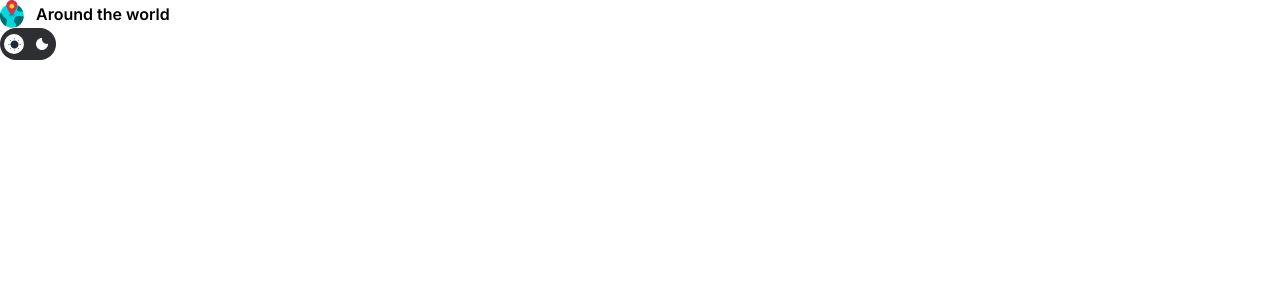
Repository: Baraajad231/Around-the-world
Page: /
The author's editor kept a copy of each file at every save. The page is drawn from the files as they stood at one save, then again after the next save.
The browser window is 1280 px wide. The pictures show the whole page.
The project was rebuilt for these pictures with package versions that can differ from the ones it lists, and the page was loaded fresh each time. Also part of the build but not shown: vite.config.js.

Above is the page before, as saved 2026-03-12 14:14:40.

### index.html
<!doctype html>
<html lang="en">
  <head>
    <meta charset="UTF-8" />
    <link rel="icon" type="image/svg+xml" href="/vite.svg" />
    <meta name="viewport" content="width=device-width, initial-scale=1.0" />
    <link rel="preconnect" href="https://fonts.googleapis.com" />
    <link rel="preconnect" href="https://fonts.gstatic.com" crossorigin />
    <link
      href="https://fonts.googleapis.com/css2?family=Inter:ital,opsz,wght@0,14..32,100..900;1,14..32,100..900&display=swap"
      rel="stylesheet"
    />
    <title>Around the world</title>
  </head>
  <body>
    <div id="root" class=""></div>
    <script type="module" src="/src/main.jsx"></script>
  </body>
</html>

### src/index.css
@import "tailwindcss";

@custom-variant dark (&:where(.dark, .dark *));
@theme {
  --font-inter: "Inter", sans-serif;
}

### src/App.jsx
import Logo from "./components/Logo";
import ThemeSwitcher from "./components/ThemeSwithcer";

function App() {
  return (
    <div className="font-inter ">
      <Logo />
      <ThemeSwitcher />
    </div>
  );
}

export default App;

### src/components/Logo.jsx
const Logo = () => {
  return (
    <a className="flex gap-3 items-center font-semibold">
      <svg
        width="24"
        height="28"
        viewBox="0 0 24 28"
        fill="none"
        xmlns="http://www.w3.org/2000/svg"
      >
        <path
          d="M11.8724 3.64359C5.32589 3.64359 0 9.05838 0 15.7139C0 22.3695 5.32589 27.7843 11.8724 27.7843C18.4188 27.7843 23.7447 22.3696 23.7447 15.714C23.7447 9.05843 18.4188 3.64359 11.8724 3.64359Z"
          fill="#00D8E0"
        />
        <path
          d="M18.6956 11.4156L23.0945 11.7737C22.2043 9.1606 20.4547 6.95229 18.1908 5.49962L17.1979 9.38045C17.0785 9.84697 17.2006 10.3422 17.523 10.6999L17.7438 10.9449C17.9895 11.2175 18.3299 11.3858 18.6956 11.4156Z"
          fill="#006C71"
        />
        <path
          d="M3.49248 16.5128L0.519532 12.1802C0.182134 13.2984 0 14.4849 0 15.714C0 20.1518 2.36819 24.0372 5.88675 26.1343L6.84932 21.5864C7.18578 19.9967 6.37819 18.3855 4.9031 17.7038C4.33433 17.441 3.84701 17.0295 3.49248 16.5128Z"
          fill="#006C71"
        />
        <path
          d="M18.7641 16.1182L15.9829 16.856C15.4629 16.994 15.0416 17.3748 14.8521 17.8783L14.0741 19.9452C13.9518 20.2703 13.9342 20.6255 14.0239 20.9612L14.4029 22.3794C14.5712 23.0091 15.0915 23.4826 15.7342 23.5909C16.6208 23.7402 16.1844 24.9491 16.0626 25.8398L15.3642 27.2365C16.761 26.8874 21.9988 24.7922 23.3955 18.5069C23.4779 18.136 23.7699 16.7322 23.7447 16.4117L19.5219 16.0959C19.271 16.0449 19.0116 16.0525 18.7641 16.1182Z"
          fill="#006C71"
        />
        <path
          d="M13.3629 16.2519H10.372C9.63796 16.2519 9.04288 15.6567 9.04288 14.9228C9.04288 14.1888 9.63802 13.5936 10.372 13.5936H13.3629C14.097 13.5936 14.692 14.1888 14.692 14.9228C14.692 15.6567 14.097 16.2519 13.3629 16.2519Z"
          fill="#555559"
          fillOpacity="0.4"
        />
        <path
          d="M15.782 1.59269C14.7324 0.565382 13.3359 0 11.8486 0C11.8452 0 11.8416 0 11.8382 0H11.8381C8.75905 0.00555611 6.25842 2.515 6.26385 5.59417C6.26602 6.848 7.05033 8.6865 8.66128 11.2145C9.78227 12.9736 10.886 14.4059 10.9325 14.466C11.1551 14.7542 11.4986 14.9228 11.8626 14.9228C11.8642 14.9228 11.8658 14.9228 11.8675 14.9228C12.2332 14.9213 12.5775 14.7496 12.7987 14.4583C12.8449 14.3975 13.9428 12.9477 15.0571 11.171C16.6575 8.61893 17.4344 6.76958 17.4323 5.51735C17.4295 4.02524 16.8436 2.63136 15.782 1.59269Z"
          fill="#D83249"
        />
        <path
          d="M11.8492 8.49374C13.1791 8.49374 14.2573 7.41557 14.2573 6.08558C14.2573 4.75559 13.1791 3.67742 11.8492 3.67742C10.5192 3.67742 9.44099 4.75559 9.44099 6.08558C9.44099 7.41557 10.5192 8.49374 11.8492 8.49374Z"
          fill="#FAD52A"
        />
      </svg>
      Around the world
    </a>
  );
};
export default Logo;

### src/components/ThemeSwithcer.jsx
import { useState } from "react";

const activeCircleStyles =
  " w-5 h-5 rounded-4xl flex justify-center  items-center ";

const ThemeSwitcher = () => {
  const [theme, setTheme] = useState(localStorage.getItem("theme") || "light");

  const toggleTheme = (theme) => {
    if (theme === "light") {
      document.documentElement.classList.remove("dark");
      setTheme("light");
      localStorage.setItem("theme", "light");
    } else {
      document.documentElement.classList.add("dark");
      setTheme("dark");
      localStorage.setItem("theme", "dark");
    }
  };

  return (
    <div className="flex items-center justify-around w-14 h-8 rounded-full bg-[#2e2f33]  ">
      <button
        className={`${activeCircleStyles} ${theme === "light" ? "bg-white" : ""}`}
        onClick={() => {
          toggleTheme("light");
        }}
      >
        <svg
          className="fill-gray-800 dark:fill-gray-100"
          width="13"
          height="13"
          viewBox="0 0 13 13"
          fill="none"
          xmlns="http://www.w3.org/2000/svg"
        >
          <path d="M6.4994 10.5089C8.71367 10.5089 10.5087 8.71388 10.5087 6.49961C10.5087 4.28535 8.71367 2.49033 6.4994 2.49033C4.28513 2.49033 2.49011 4.28535 2.49011 6.49961C2.49011 8.71388 4.28513 10.5089 6.4994 10.5089Z" />
          <path d="M6.49931 0C6.38394 0 6.28955 0.0943926 6.28955 0.209761V1.38652C6.28955 1.50189 6.38394 1.59628 6.49931 1.59628C6.61468 1.59628 6.70907 1.50189 6.70907 1.38652V0.209761C6.70907 0.0943926 6.61468 0 6.49931 0Z" />
          <path d="M6.49931 11.4038C6.38394 11.4038 6.28955 11.4982 6.28955 11.6135V12.7903C6.28955 12.9057 6.38394 13.0001 6.49931 13.0001C6.61468 13.0001 6.70907 12.9057 6.70907 12.7903V11.6135C6.70907 11.4971 6.61468 11.4038 6.49931 11.4038Z" />
          <path d="M10.7985 1.90356L9.96675 2.73527C9.88494 2.81707 9.88494 2.95027 9.96675 3.03208C10.0077 3.07298 10.0611 3.09396 10.1146 3.09396C10.1681 3.09396 10.2216 3.07298 10.2625 3.03208L11.0942 2.20038C11.176 2.11857 11.176 1.98537 11.0942 1.90356C11.0124 1.82176 10.8803 1.82176 10.7985 1.90356Z" />
          <path d="M2.73522 9.96681L1.90352 10.7985C1.82171 10.8803 1.82171 11.0135 1.90352 11.0953C1.94442 11.1362 1.99791 11.1572 2.0514 11.1572C2.10489 11.1572 2.15838 11.1362 2.19928 11.0953L3.03099 10.2636C3.11279 10.1818 3.11279 10.0486 3.03099 9.96681C2.94918 9.885 2.81703 9.885 2.73522 9.96681Z" />
          <path d="M12.7891 6.28965H11.6123C11.497 6.28965 11.4026 6.38404 11.4026 6.49941C11.4026 6.61478 11.497 6.70917 11.6123 6.70917H12.7891C12.9045 6.70917 12.9989 6.61478 12.9989 6.49941C12.9989 6.38404 12.9055 6.28965 12.7891 6.28965Z" />
          <path d="M1.38652 6.28965H0.209761C0.0943926 6.28965 0 6.38404 0 6.49941C0 6.61478 0.0943926 6.70917 0.209761 6.70917H1.38652C1.50189 6.70917 1.59628 6.61478 1.59628 6.49941C1.59628 6.38404 1.50189 6.28965 1.38652 6.28965Z" />
          <path d="M10.2636 9.96681C10.1818 9.885 10.0486 9.885 9.96675 9.96681C9.88494 10.0486 9.88494 10.1818 9.96675 10.2636L10.7985 11.0953C10.8394 11.1362 10.8928 11.1572 10.9463 11.1572C10.9998 11.1572 11.0533 11.1362 11.0942 11.0953C11.176 11.0135 11.176 10.8803 11.0942 10.7985L10.2636 9.96681Z" />
          <path d="M2.20033 1.90356C2.11852 1.82176 1.98533 1.82176 1.90352 1.90356C1.82171 1.98537 1.82171 2.11857 1.90352 2.20038L2.73522 3.03208C2.77613 3.07298 2.82961 3.09396 2.8831 3.09396C2.93659 3.09396 2.99008 3.07298 3.03099 3.03208C3.11279 2.95027 3.11279 2.81707 3.03099 2.73527L2.20033 1.90356Z" />
        </svg>
      </button>
      <button
        className={`${activeCircleStyles} ${theme === "dark" ? "bg-white" : ""}`}
        onClick={() => {
          toggleTheme("dark");
        }}
      >
        <svg
          className="fill-white dark:fill-gray-900"
          width="12"
          height="12"
          viewBox="0 0 12 12"
          fill="none"
          xmlns="http://www.w3.org/2000/svg"
        >
          <path
            fillRule="evenodd"
            clipRule="evenodd"
            d="M12 6C12 5.90273 11.9057 5.8348 11.8115 5.85853C11.4452 5.95093 11.0617 6 10.6667 6C8.08933 6 6 3.91066 6 1.33333C6 0.938353 6.04907 0.554833 6.14147 0.188533C6.1652 0.0942333 6.09727 0 6 0C2.68629 0 0 2.68629 0 6C0 9.31373 2.68629 12 6 12C9.31373 12 12 9.31373 12 6Z"
          />
        </svg>
      </button>
    </div>
  );
};
export default ThemeSwitcher;

Loaded but not shown: src/main.jsx (common file)

After the next save:
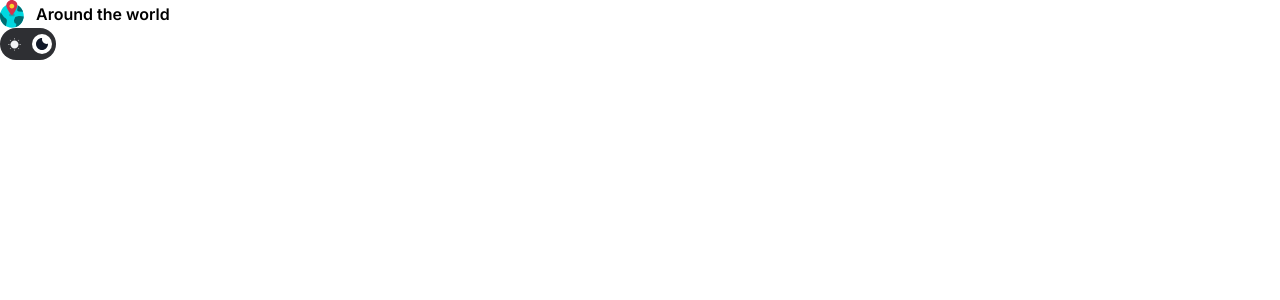
Saved 54 s later.
--- a/src/components/ThemeSwithcer.jsx
+++ b/src/components/ThemeSwithcer.jsx
@@ -1,4 +1,4 @@
-import { useState } from "react";
+import { useEffect, useState } from "react";
 
 const activeCircleStyles =
   " w-5 h-5 rounded-4xl flex justify-center  items-center ";
@@ -17,6 +17,9 @@
       localStorage.setItem("theme", "dark");
     }
   };
+  useEffect(() => {
+    toggleTheme(localStorage.getItem("theme"));
+  }, []);
 
   return (
     <div className="flex items-center justify-around w-14 h-8 rounded-full bg-[#2e2f33]  ">

After the save that followed:
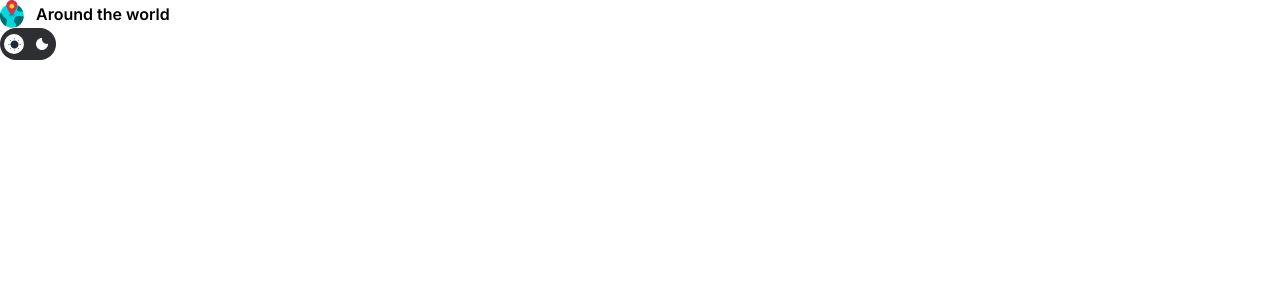
Saved 2 min 43 s later.
--- a/src/components/ThemeSwithcer.jsx
+++ b/src/components/ThemeSwithcer.jsx
@@ -18,7 +18,13 @@
     }
   };
   useEffect(() => {
-    toggleTheme(localStorage.getItem("theme"));
+    const savedTheme = localStorage.getItem("theme") || "light";
+    setTheme(savedTheme);
+    if (savedTheme === "dark") {
+      document.documentElement.classList.add("dark");
+    } else {
+      document.documentElement.classList.remove("dark");
+    }
   }, []);
 
   return (
